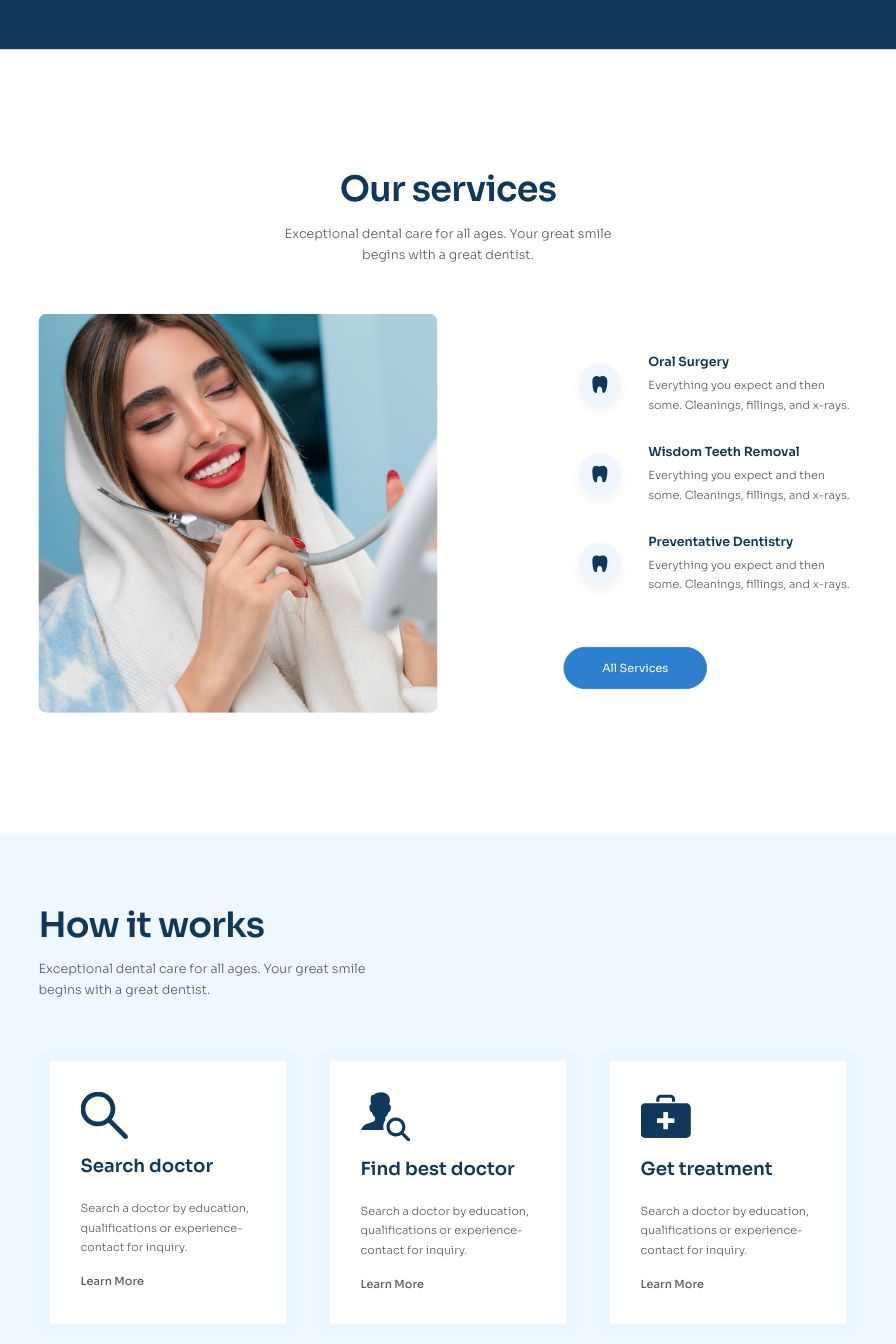
Repository: han2003dz/f8-project-03
Page: index.html
An editor plug-in stored every save of this project. The page is shown before and after a run of saves, followed by the edit.
The browser window is 1280 px wide. The pictures show the part of the page from y = 695 to 2615 px (the page is 6000 px tall), at 70% of full size.

Above is the page before, as saved 2023-05-06 21:51:32.

After the next 2 saves:
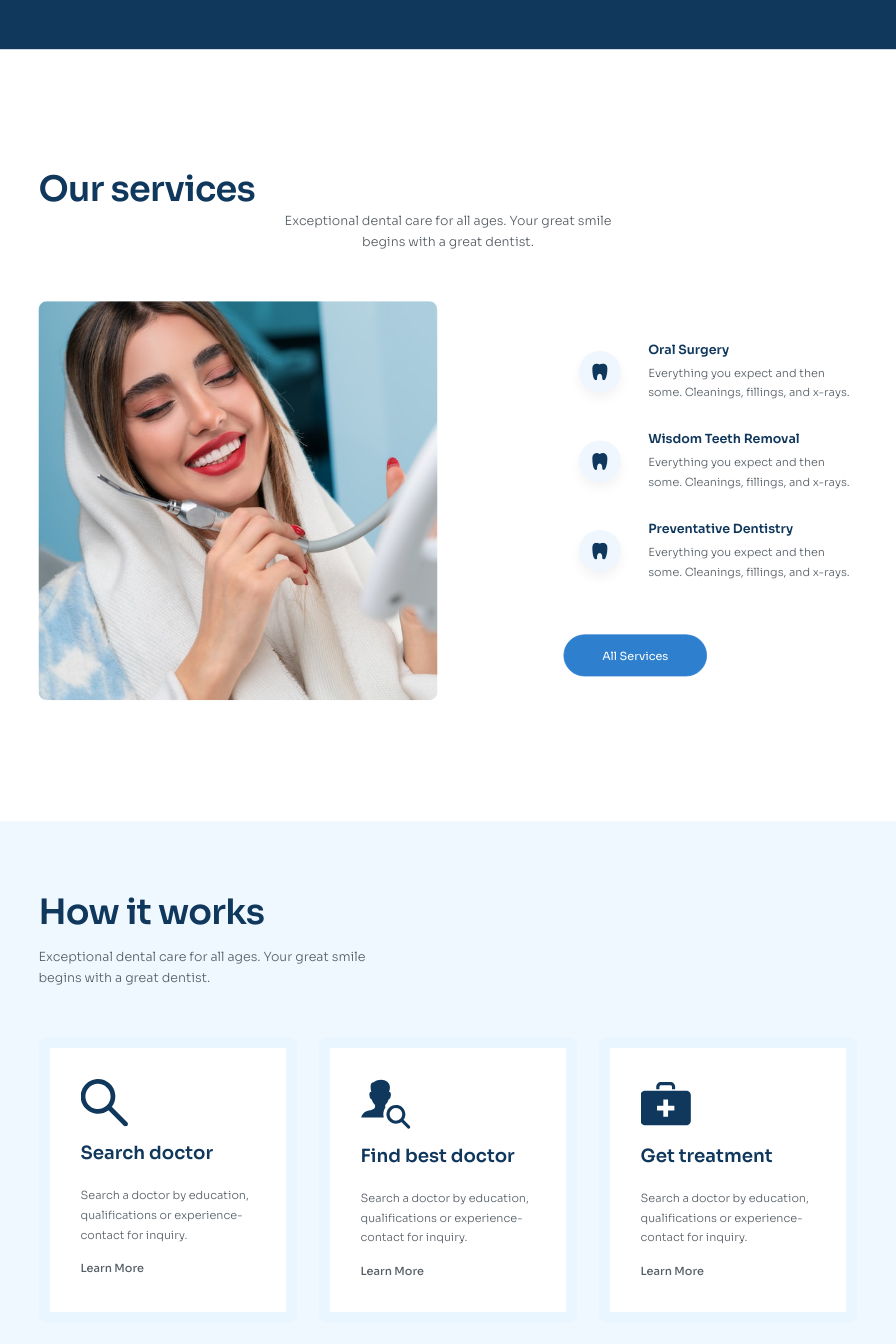
The 2 saves are shown as one change because they came seconds apart.
The last was saved 2 min 33 s later.
--- a/assets/css/style.css
+++ b/assets/css/style.css
@@ -377,4 +377,6 @@ a {
 .section-heading {
   font-size: 5rem;
   line-height: 1.2;
-}
+  text-align: left;
+  margin: 0;
+}
